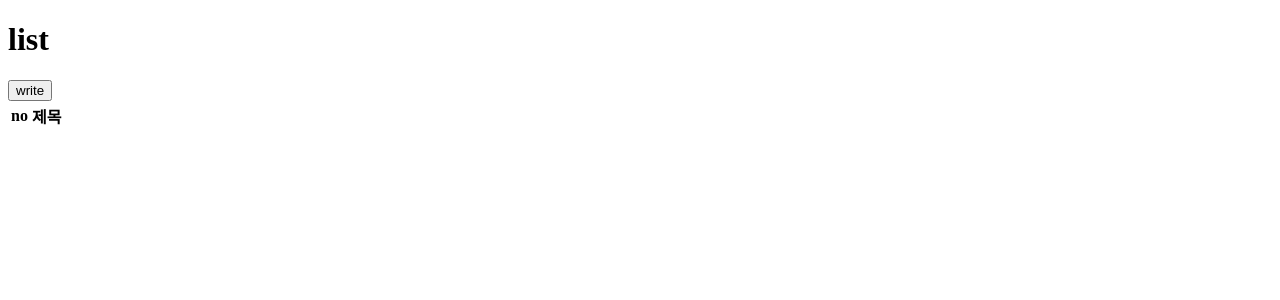
Repository: jennienterry/Board
Page: http://localhost/BoardVer2/list
These files come from the project's save history. The page is drawn as it stood at one moment and after the next save; the edit follows.
The browser window is 1280 px wide. The pictures show the whole page.
The page is served by Tomcat 9. Other server files are loaded and not shown.

Above is the page before, as saved 2021-04-28 01:55:26.

### WebWorkspace/BoardVer2/src/main/webapp/WEB-INF/jsp/list.jsp
<%@ page language="java" contentType="text/html; charset=UTF-8"
	pageEncoding="UTF-8"%>
<%
List<BoardVO> list = (List<BoardVO>) request.getAttribute("data");
%>
<%@ page import="com.koreait.board2.*,java.util.*"%>
<!DOCTYPE html>
<html>
<head>
<meta charset="UTF-8">
<title>list</title>
</head>
<body>
	<h1>list</h1>
	<a href="/write"><button>write</button></a>

	<div>
		<table>
			<tr>
				<th>no</th>
				<th>제목</th>
			</tr>
			<td>
				<%
				for (int i = 0; i < list.size(); i++) {
					BoardVO vo = list.get(i);
				%>
			</td>
			<td><%=vo.getTitle()%></td>
			<%}%>
		</table>

	</div>
</body>
</html>

### WebWorkspace/BoardVer2/src/main/java/com/koreait/board2/BoardListServlet.java
package com.koreait.board2;

import java.io.IOException;
import javax.servlet.ServletException;
import javax.servlet.annotation.WebServlet;
import javax.servlet.http.HttpServlet;
import javax.servlet.http.HttpServletRequest;
import javax.servlet.http.HttpServletResponse;

@WebServlet("/list")
public class BoardListServlet extends HttpServlet {
	private static final long serialVersionUID = 1L;


	protected void doGet(HttpServletRequest request, HttpServletResponse response) throws ServletException, IOException {
		request.setAttribute("data",Database.db);
		String jsp = "WEB-INF/jsp/list.jsp";
		request.getRequestDispatcher(jsp).forward(request, response);
	}
	protected void doPost(HttpServletRequest request, HttpServletResponse response) throws ServletException, IOException {

	}

}

### WebWorkspace/BoardVer2/src/main/java/com/koreait/board2/Database.java
package com.koreait.board2;

import java.util.ArrayList;
import java.util.List;

public class Database {
	public static List<BoardVO> db = new ArrayList();

}

After the next save:
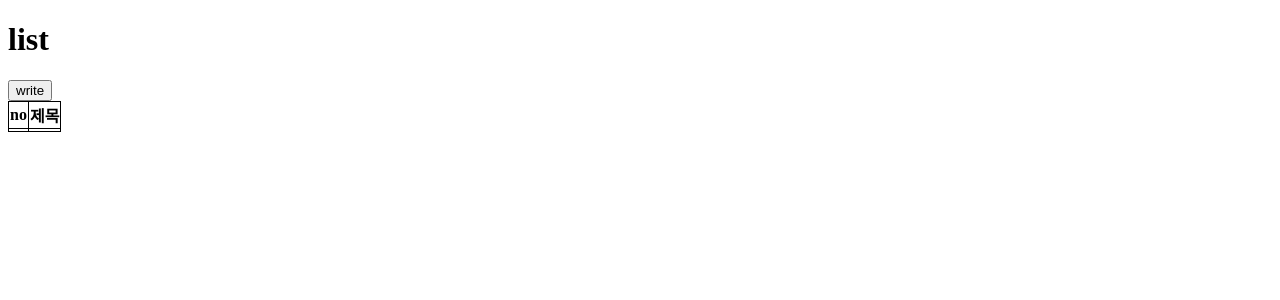
Saved 60 s later.
--- a/WebWorkspace/BoardVer2/src/main/webapp/WEB-INF/jsp/list.jsp
+++ b/WebWorkspace/BoardVer2/src/main/webapp/WEB-INF/jsp/list.jsp
@@ -9,7 +9,11 @@ List<BoardVO> list = (List<BoardVO>) request.getAttribute("data");
 <head>
 <meta charset="UTF-8">
 <title>list</title>
-</head>
+<style>
+ table,th,td{
+ border:1px solid black;
+ border-collapse:collapse;}
+</style></head>
 <body>
 	<h1>list</h1>
 	<a href="/write"><button>write</button></a>
